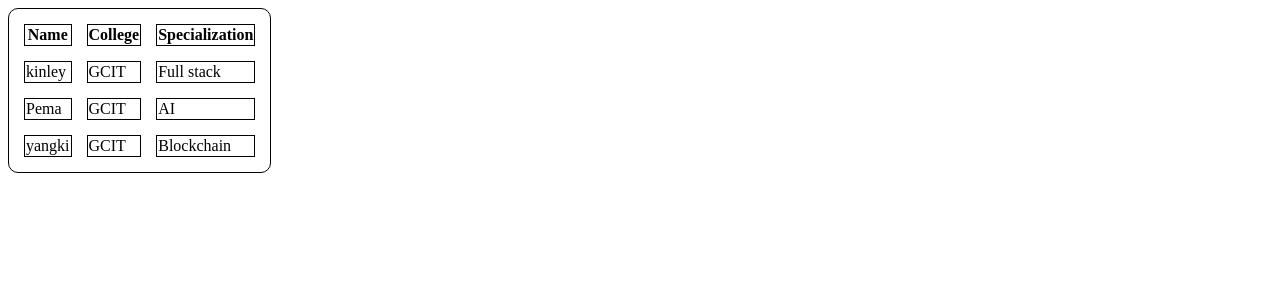
Repository: Pema-yangki/Css
Page: fed.html
These files come from the project's save history. The page is drawn as it stood at one moment and after a run of saves; the edit follows.
The browser window is 1280 px wide. The pictures show the whole page.

Above is the page before, as saved 2024-03-15 14:43:25.

After the next 4 saves:
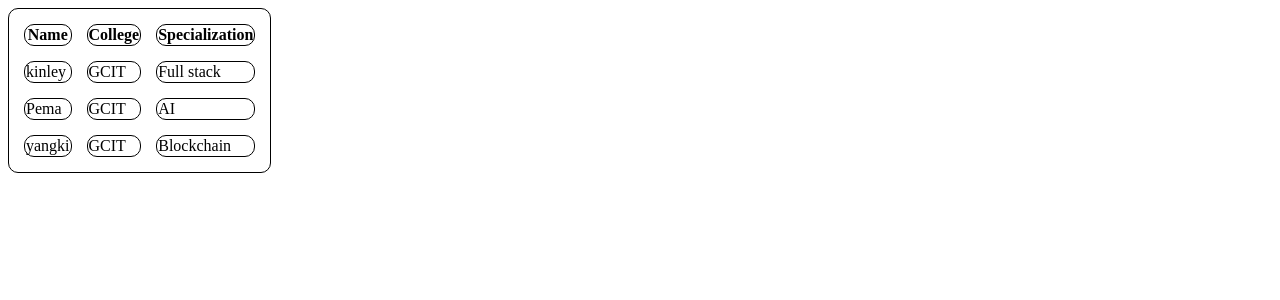
The 4 saves are shown as one change because they came seconds apart.
The last was saved 10 s later.
--- a/fed.html
+++ b/fed.html
@@ -26,7 +26,7 @@
         table, th, td{
             border: 1px solid black;
             /* border-collapse: collapse; */
-            border-radius:10
+            border-radius:10px;
         }
     </style>
 </head>
